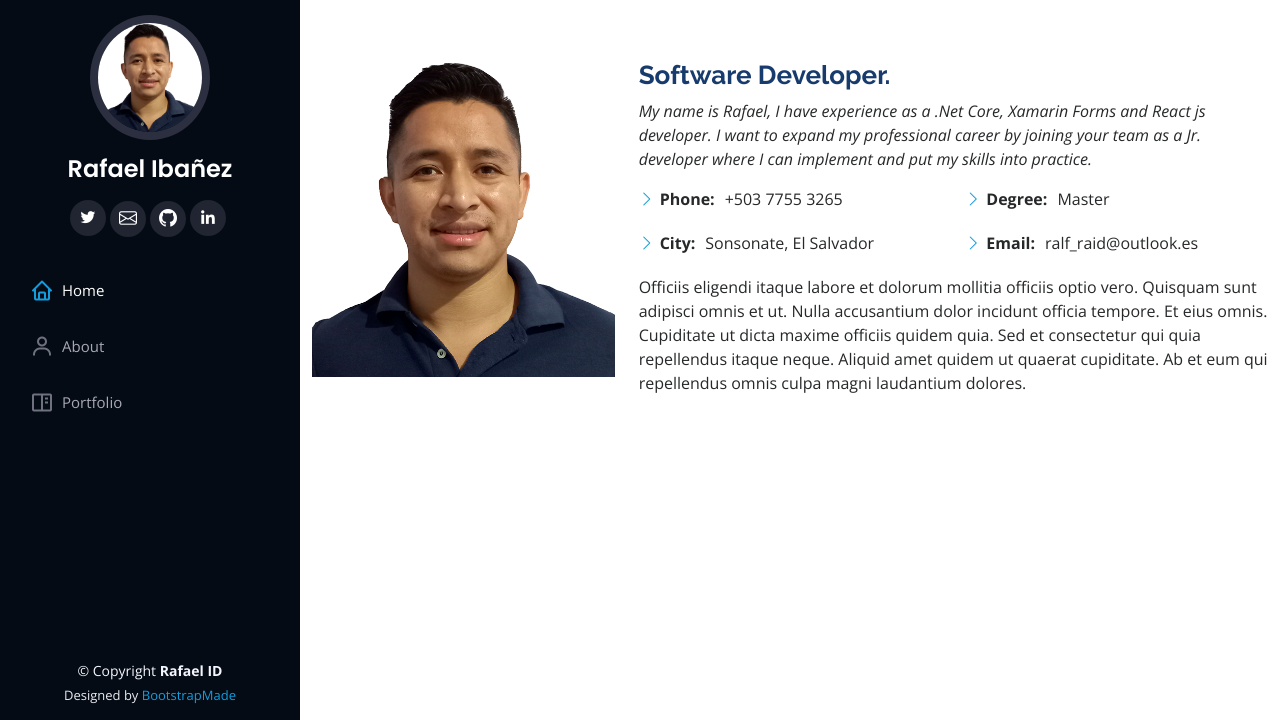
Repository: ralfId/myportfolio
Page: /about
An editor plug-in stored every save of this project. The page is shown before and after the next save, followed by the edit.
The browser window is 1280 px wide. The pictures show the whole page.
The project was rebuilt for these pictures with package versions that can differ from the ones it lists, and the page was loaded fresh each time. Also part of the build but not shown: src/components/Home.js, src/data/projects.js, src/components/Projects/ProjectItem.js, src/components/Projects/ProjectIndex.js, src/helpers/ProjectById.js, src/components/Projects/ProjectDetail.js.

Above is the page before, as saved 2021-09-20 19:01:26.

### public/index.html
<!DOCTYPE html>
<html lang="en">

<head>
  <meta charset="utf-8" />
  <link rel="icon" href="%PUBLIC_URL%/favicon.ico" />
  <meta name="viewport" content="width=device-width, initial-scale=1" />
  <meta name="theme-color" content="#000000" />
  <meta name="description" content="Web site created using create-react-app" />
  <link rel="apple-touch-icon" href="%PUBLIC_URL%/logo192.png" />
  <link rel="manifest" href="%PUBLIC_URL%/manifest.json" />

  <!-- Google Fonts -->
  <link
    href="https://fonts.googleapis.com/css?family=Open+Sans:300,300i,400,400i,600,600i,700,700i|Raleway:300,300i,400,400i,500,500i,600,600i,700,700i|Poppins:300,300i,400,400i,500,500i,600,600i,700,700i"
    rel="stylesheet">

  <!-- Vendor CSS Files -->
  <link href="vendor/aos/aos.css" rel="stylesheet">
  <link href="vendor/bootstrap/css/bootstrap.min.css" rel="stylesheet">
  <link href="vendor/bootstrap-icons/bootstrap-icons.css" rel="stylesheet">
  <link href="vendor/boxicons/css/boxicons.min.css" rel="stylesheet">
  <link href="vendor/glightbox/css/glightbox.min.css" rel="stylesheet">
  <link href="vendor/swiper/swiper-bundle.min.css" rel="stylesheet">

  <!-- Template Main CSS File -->
  <link href="css/style.css" rel="stylesheet">
  <title>React App</title>

  <!-- =======================================================
  * Template Name: iPortfolio - v3.3.0
  * Template URL: https://bootstrapmade.com/iportfolio-bootstrap-portfolio-websites-template/
  * Author: BootstrapMade.com
  * License: https://bootstrapmade.com/license/
  ======================================================== -->
</head>

<body>
  <noscript>You need to enable JavaScript to run this app.</noscript>
  <div id="root"></div>
  <!--
      This HTML file is a template.
      If you open it directly in the browser, you will see an empty page.

      You can add webfonts, meta tags, or analytics to this file.
      The build step will place the bundled scripts into the <body> tag.

      To begin the development, run `npm start` or `yarn start`.
      To create a production bundle, use `npm run build` or `yarn build`.
    -->
 <!-- Vendor JS Files -->
 <script src="vendor/aos/aos.js" type="text/javascript"></script>
 <script src="vendor/bootstrap/js/bootstrap.bundle.min.js" type="text/javascript"></script>
 <script src="vendor/glightbox/js/glightbox.min.js" type="text/javascript"></script>
 <script src="vendor/isotope-layout/isotope.pkgd.min.js" type="text/javascript"></script>
 <script src="vendor/php-email-form/validate.js" type="text/javascript"></script>
 <script src="vendor/purecounter/purecounter.js" type="text/javascript"></script>
 <script src="vendor/swiper/swiper-bundle.min.js" type="text/javascript"></script>
 <script src="vendor/typed.js/typed.min.js" type="text/javascript"></script>
 <script src="vendor/waypoints/noframework.waypoints.js" type="text/javascript"></script>

 <!-- Template Main JS File -->
 <script src="js/main.js" type="text/javascript"></script>

</body>

</html>

### src/components/About.js
import React from 'react'

export const About = () => {
    return (

        <section id="about" className="about">
            <div className="container">

                <div className="row">
                    <div className="col-lg-4" data-aos="fade-right">
                        <img src="../img/profile-img.png" className="img-fluid" alt="" />
                    </div>
                    <div className="col-lg-8 pt-4 pt-lg-0 content" data-aos="fade-left">
                        <h3>Software Developer.</h3>
                        <p className="fst-italic">
                        My name is Rafael, I have experience as a .Net Core, Xamarin Forms and React js developer.
                        I want to expand my professional career by joining your team as a Jr. developer where
                        I can implement and put my skills into practice.
                        </p>
                        <div className="row">
                            <div className="col-lg-6">
                                <ul>
                                    <li><i className="bi bi-chevron-right"></i> <strong>Phone:</strong> <span>+503 7755 3265</span></li>
                                    <li><i className="bi bi-chevron-right"></i> <strong>City:</strong> <span>Sonsonate, El Salvador</span></li>
                                </ul>
                            </div>
                            <div className="col-lg-6">
                                <ul>
                                    <li><i className="bi bi-chevron-right"></i> <strong>Degree:</strong> <span>Master</span></li>
                                    <li><i className="bi bi-chevron-right"></i> <strong>Email:</strong> <span>ralf_raid@outlook.es</span></li>
                                </ul>
                            </div>
                        </div>
                        <p>
                            Officiis eligendi itaque labore et dolorum mollitia officiis optio vero. Quisquam sunt adipisci omnis et ut. Nulla accusantium dolor incidunt officia tempore. Et eius omnis.
                            Cupiditate ut dicta maxime officiis quidem quia. Sed et consectetur qui quia repellendus itaque neque. Aliquid amet quidem ut quaerat cupiditate. Ab et eum qui repellendus omnis culpa magni laudantium dolores.
                        </p>
                    </div>
                </div>

            </div>
        </section>

    )
}

Loaded but not shown: src/index.js (common file); public/vendor/aos/aos.css (library); public/vendor/bootstrap/css/bootstrap.min.css (library); public/vendor/bootstrap-icons/bootstrap-icons.css (library); public/vendor/boxicons/css/boxicons.min.css (library); public/vendor/glightbox/css/glightbox.min.css (library); public/vendor/swiper/swiper-bundle.min.css (library); public/vendor/aos/aos.js (library); public/vendor/bootstrap/js/bootstrap.bundle.min.js (library); public/vendor/glightbox/js/glightbox.min.js (library); public/vendor/isotope-layout/isotope.pkgd.min.js (library); public/vendor/php-email-form/validate.js (common file); public/vendor/purecounter/purecounter.js (library); public/vendor/swiper/swiper-bundle.min.js (library); public/vendor/typed.js/typed.min.js (library); public/vendor/waypoints/noframework.waypoints.js (library); public/js/main.js (267 lines, source omitted); src/components/Nav.js (48 lines, source omitted); src/routers/AppRouter.js (33 lines, source omitted); src/components/Footer.js (16 lines, source omitted); src/Portfolio.js (10 lines, source omitted); public/css/style.css (1154 lines, source omitted)

After the next save:
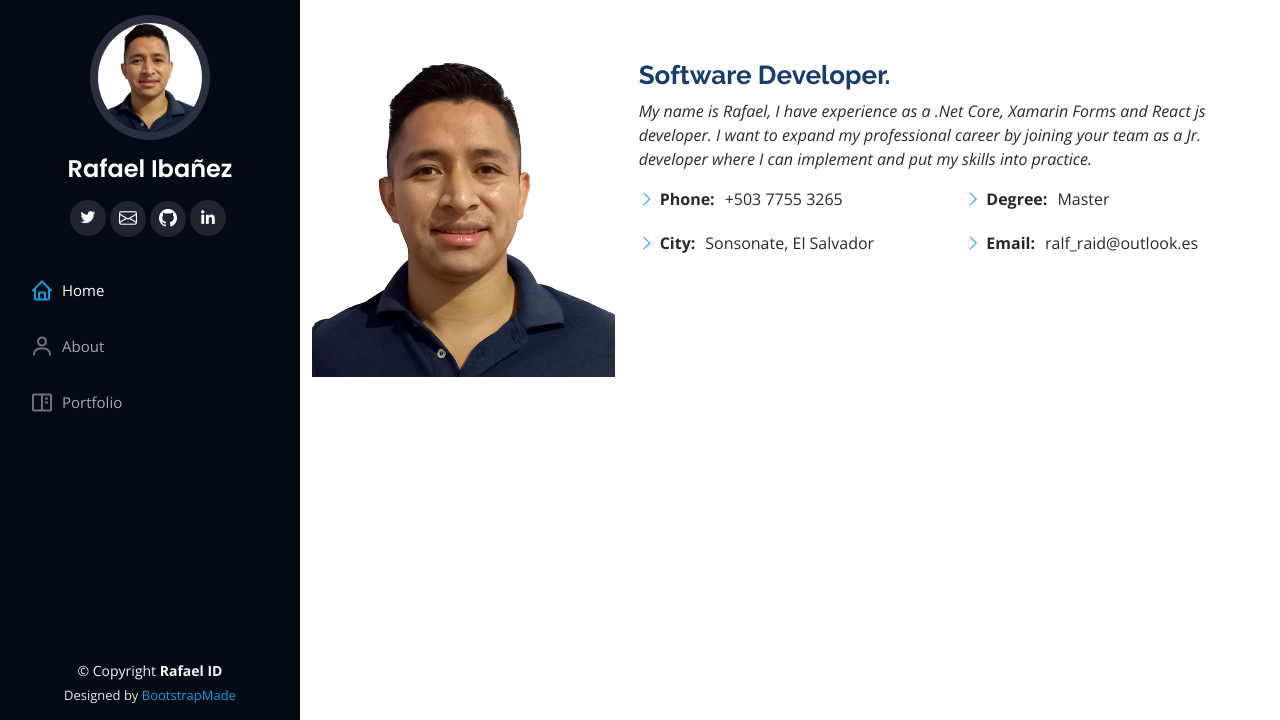
Saved 8 s later.
--- a/src/components/About.js
+++ b/src/components/About.js
@@ -31,10 +31,6 @@ export const About = () => {
                                 </ul>
                             </div>
                         </div>
-                        <p>
-                            Officiis eligendi itaque labore et dolorum mollitia officiis optio vero. Quisquam sunt adipisci omnis et ut. Nulla accusantium dolor incidunt officia tempore. Et eius omnis.
-                            Cupiditate ut dicta maxime officiis quidem quia. Sed et consectetur qui quia repellendus itaque neque. Aliquid amet quidem ut quaerat cupiditate. Ab et eum qui repellendus omnis culpa magni laudantium dolores.
-                        </p>
                     </div>
                 </div>
 
